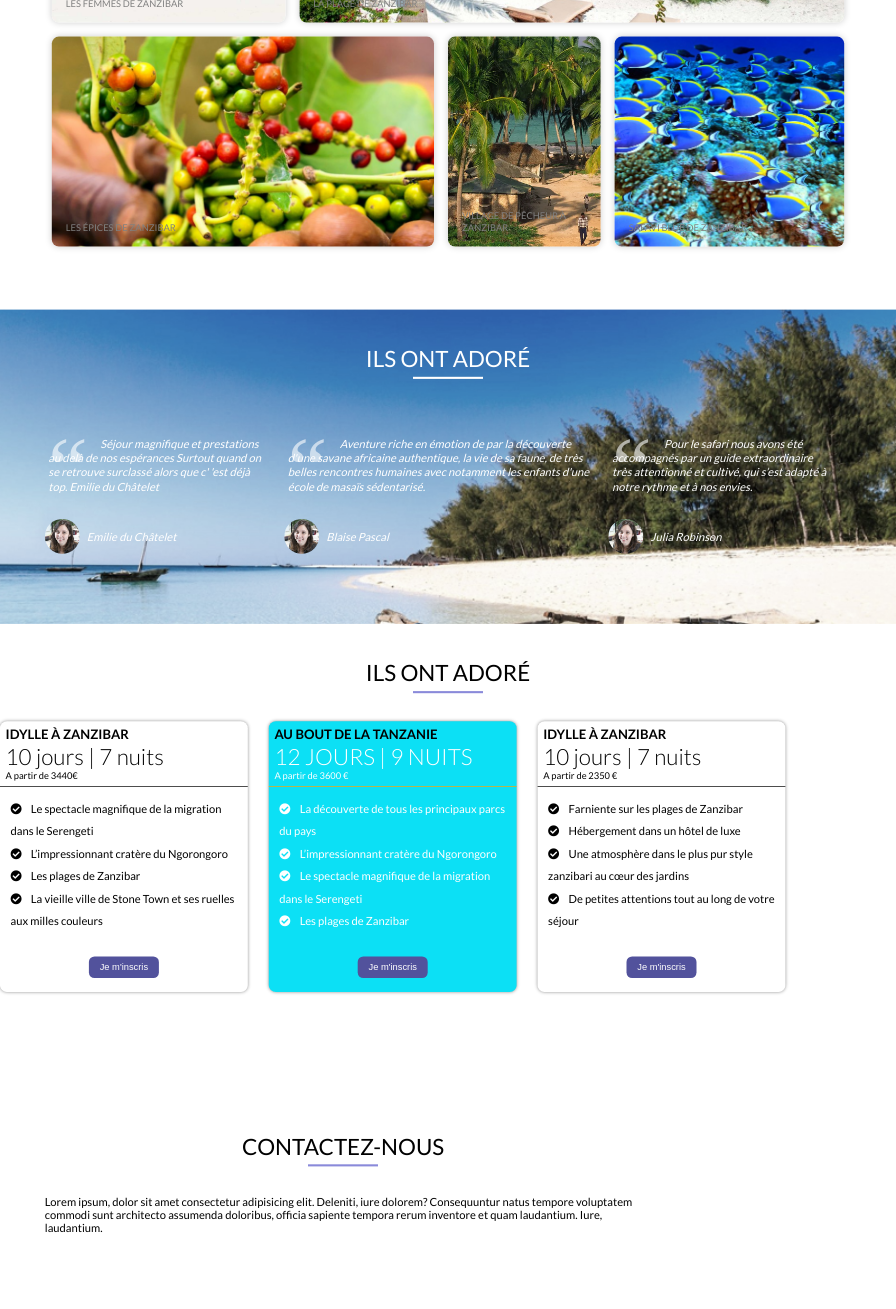
Repository: ypiard85/zanzibar
Page: index.html
These files come from the project's save history. The page is drawn as it stood at one moment and after the next save; the edit follows.
The browser window is 1280 px wide. The pictures show the part of the page from y = 2946 to 4866 px (the page is 4816 px tall before and 4866 px after), at 70% of full size.
Pictures or frames that could not be fetched are drawn as grey boxes. Some web fonts or font styles are not loaded; a fallback is used.

Above is the page before, as saved 2021-03-01 14:45:43.

After the next save:
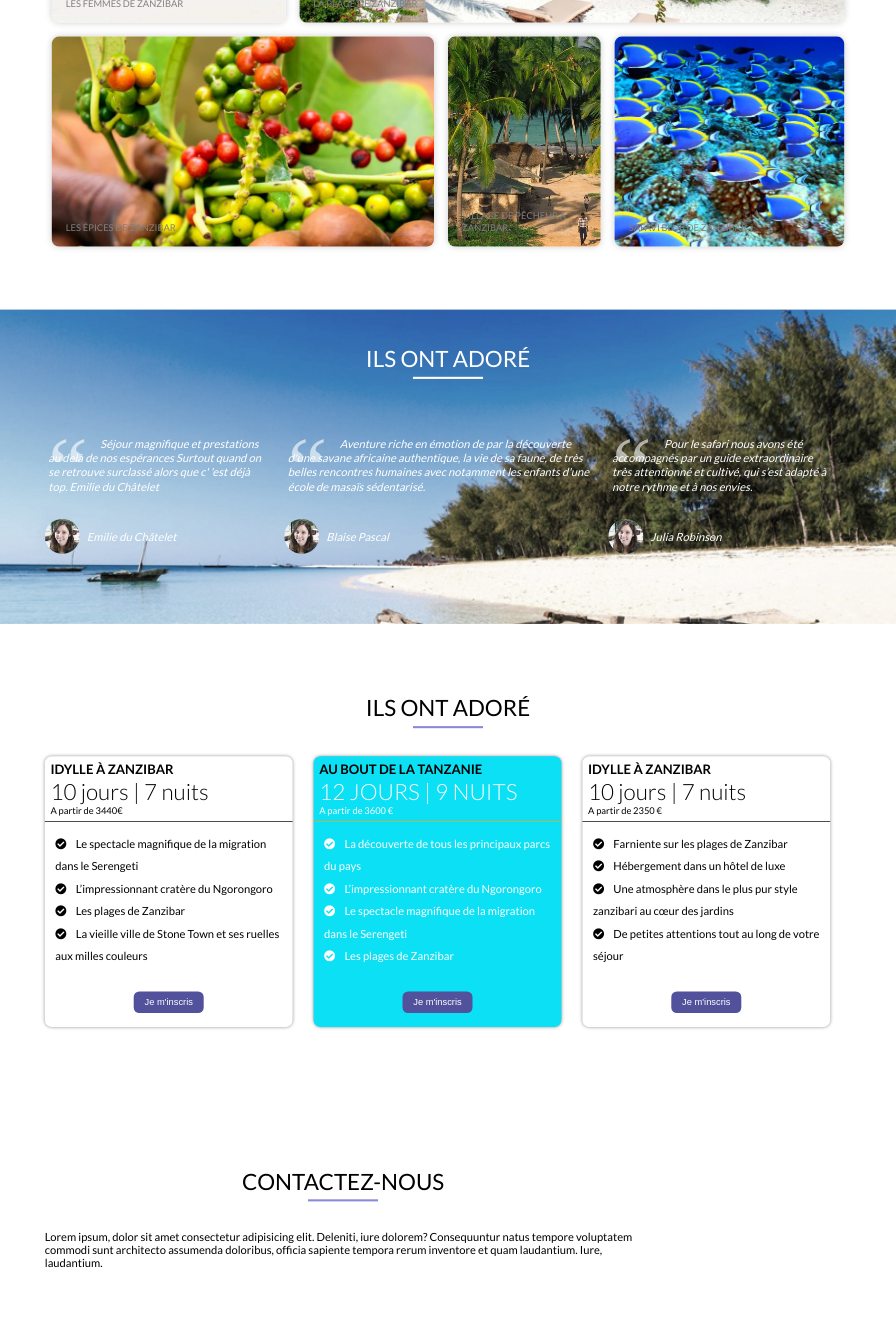
Saved 16 s later.
--- a/index.html
+++ b/index.html
@@ -204,11 +204,11 @@
                   </div>
                 </div>
               </section>
-              <section class="sejours">
+              <section class="sejours container">
                 <div class="title">
                   <p class="blue_border">ils ont adoré</p>
                 </div>
-                <div class="sejour_card container">
+                <div class="sejour_card">
                     <div class="card_option">
                       <div class="card_header">
                         <h3>IDYLLE À ZANZIBAR</h3>
